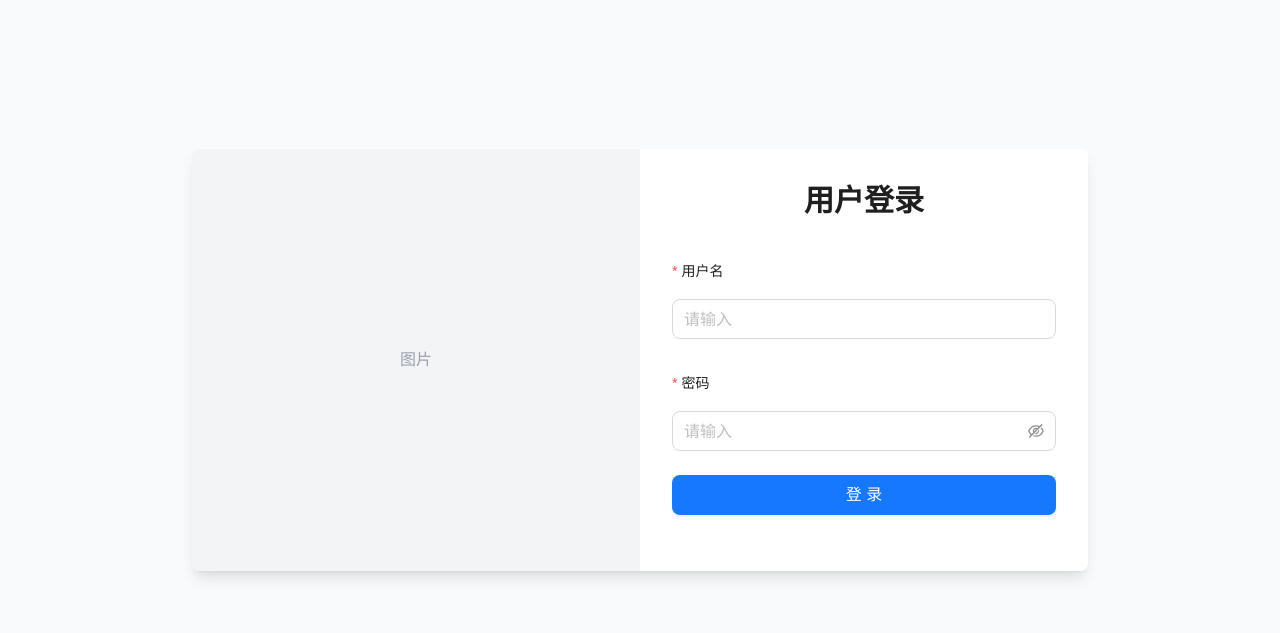
Repository: Garyxiwang/order_system
Page: /login (app in front/)
These files come from the project's save history. The page is drawn as it stood at one moment and after the next save; the edit follows.
The browser window is 1280 px wide. The pictures show the whole page.
The project was rebuilt for these pictures with package versions that can differ from the ones it lists, and the page was loaded fresh each time. The framework's server and built-in components were replaced by stand-ins that run in the browser. Also part of the build but not shown: front/next.config.js, front/next.config.ts, front/src/components/layout/SideMenu.tsx.

Above is the page before, as saved 2025-08-04 14:05:35.

After the next save:
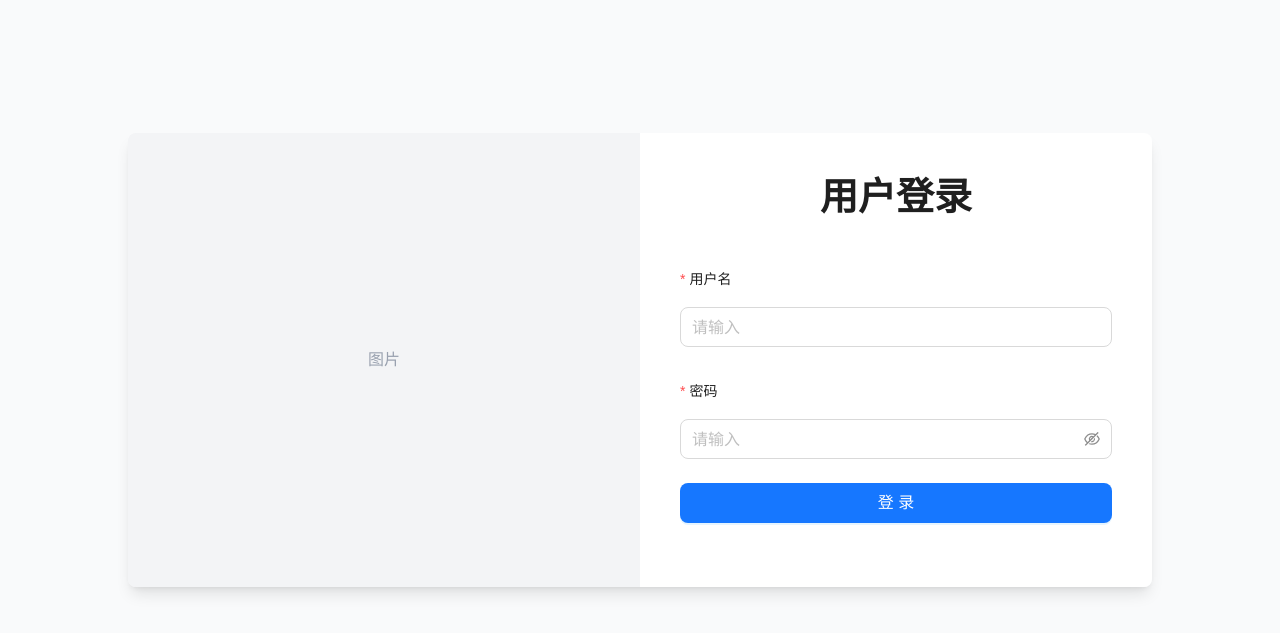
Saved 80 s later.
--- a/front/src/app/login/page.tsx
+++ b/front/src/app/login/page.tsx
@@ -23,8 +23,8 @@ const LoginPage: React.FC = () => {
   };
 
   return (
-    <div className="flex min-h-screen items-center justify-center p-4 bg-gray-50">
-      <div className="flex w-full max-w-4xl overflow-hidden rounded-lg shadow-lg">
+    <div className="flex min-h-screen items-center justify-center p-6 bg-gray-50">
+      <div className="flex w-full max-w-5xl overflow-hidden rounded-lg shadow-lg">
         {/* 左侧图片区域 */}
         <div className="relative hidden w-1/2 bg-gray-100 md:block">
           <div className="flex h-full items-center justify-center">
@@ -44,9 +44,9 @@ const LoginPage: React.FC = () => {
         </div>
 
         {/* 右侧登录表单区域 */}
-        <div className="w-full bg-white p-8 md:w-1/2">
-          <div className="mb-8 text-center">
-            <Title level={2}>用户登录</Title>
+        <div className="w-full bg-white p-10 md:w-1/2">
+          <div className="mb-10 text-center">
+            <Title level={1}>用户登录</Title>
           </div>
 
           <Form
@@ -55,6 +55,7 @@ const LoginPage: React.FC = () => {
             onFinish={onFinish}
             layout="vertical"
             size="large"
+            className="text-lg"
           >
             <Form.Item
               label="用户名"
